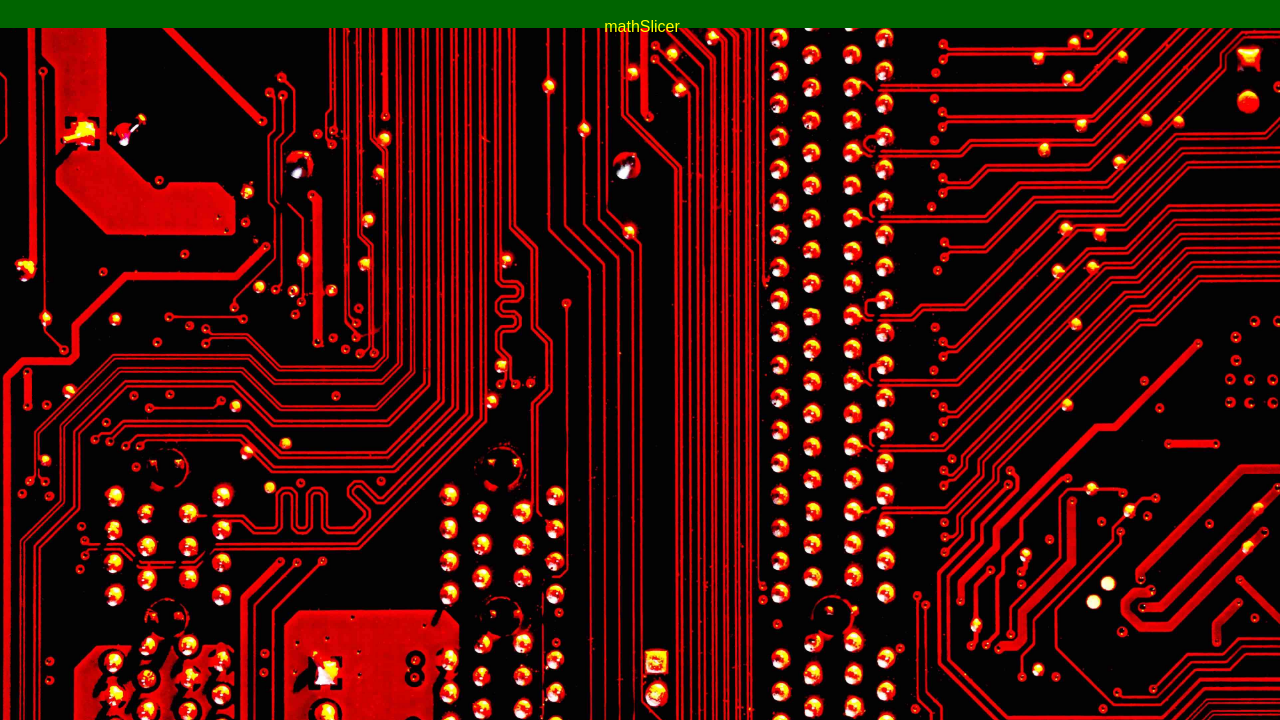
Repository: ionathas78/mathSlicer
Page: index.html
An editor plug-in stored every save of this project. The page is shown before and after the next save, followed by the edit.
The browser window is 1280 px wide. The pictures show the whole page.

Above is the page before, as saved 2020-12-06 09:53:58.

### index.html
<!DOCTYPE html>
<html lang="en">
<head>
    <meta charset="UTF-8">
    <meta name="viewport" content="width=device-width, initial-scale=1.0">
    <link rel="stylesheet" type="text/CSS" href="assets/css/style.css" />
    <title>mathSlicer</title>
    <!-- <span>Photo by <a href="https://unsplash.com/@lazycreekimages?utm_source=unsplash&amp;utm_medium=referral&amp;utm_content=creditCopyText">Michael Dziedzic</a> on <a href="https://unsplash.com/s/photos/circuit?utm_source=unsplash&amp;utm_medium=referral&amp;utm_content=creditCopyText">Unsplash</a></span> -->
</head>
<body>
    <div id="wallpaper"></div>

    <header>
        <p>mathSlicer</p>
    </header>

    <script type="text/JavaScript" src="assets/js/logic.js"></script>
</body>
</html>

### assets/css/style.css
* {
    font-family: Arial, Helvetica, sans-serif;
    font-size: 16px;
}

header {
    position: fixed;
    top: 0;
    left: 0;
    height: 24px;
    width: 100vw;
    margin: 0;
    padding: 2px;
    display: inline-flex;
    justify-content: center;
    align-content: center;
    background-color: darkgreen;
    color: yellow;
}

#wallpaper {
    position: fixed;
    top: 0;
    left: 0;
    height: 100vh;
    width: 100vw;
    margin: 0;
    padding: 0;
    background-image: url("../image/circuits.jpg");
    background-color: grey;
    background-repeat: no-repeat;
    background-size: cover;
}

Loaded but not shown: assets/js/logic.js (no stored copy; drawn as an empty file)

After the next save:
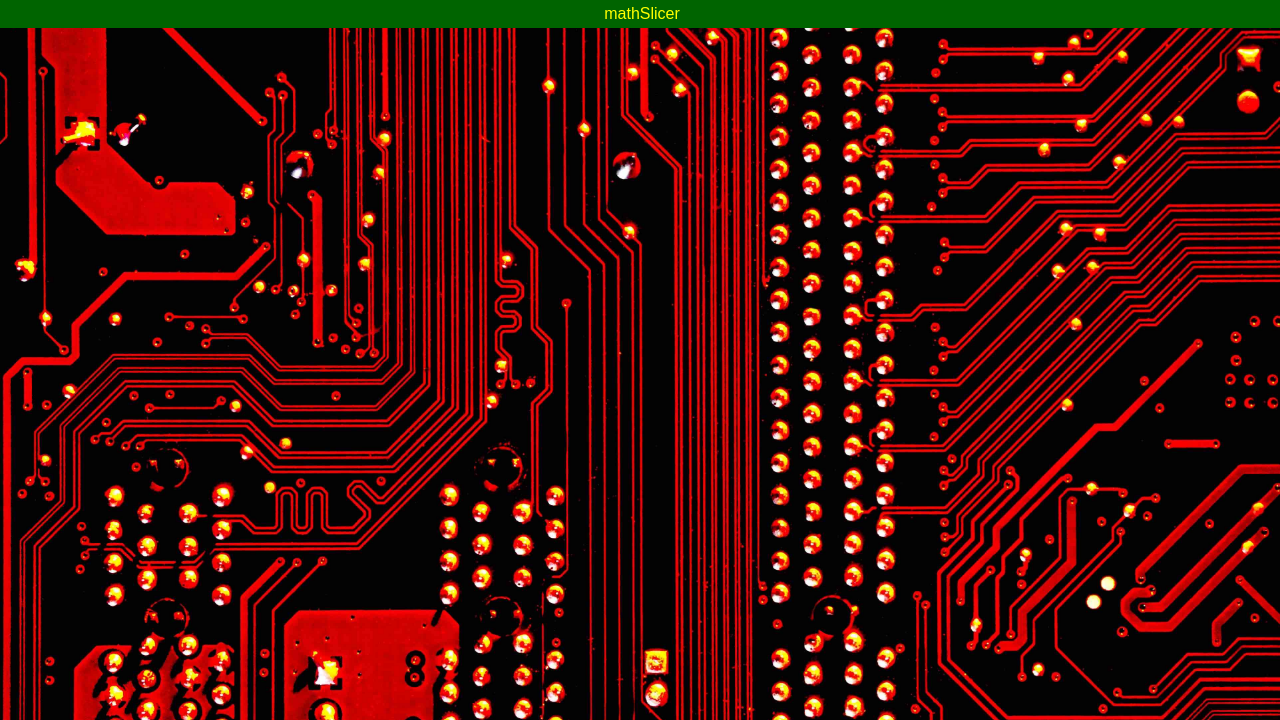
Saved 13 s later.
--- a/assets/css/style.css
+++ b/assets/css/style.css
@@ -13,7 +13,7 @@ header {
     padding: 2px;
     display: inline-flex;
     justify-content: center;
-    align-content: center;
+    align-items: center;
     background-color: darkgreen;
     color: yellow;
 }
